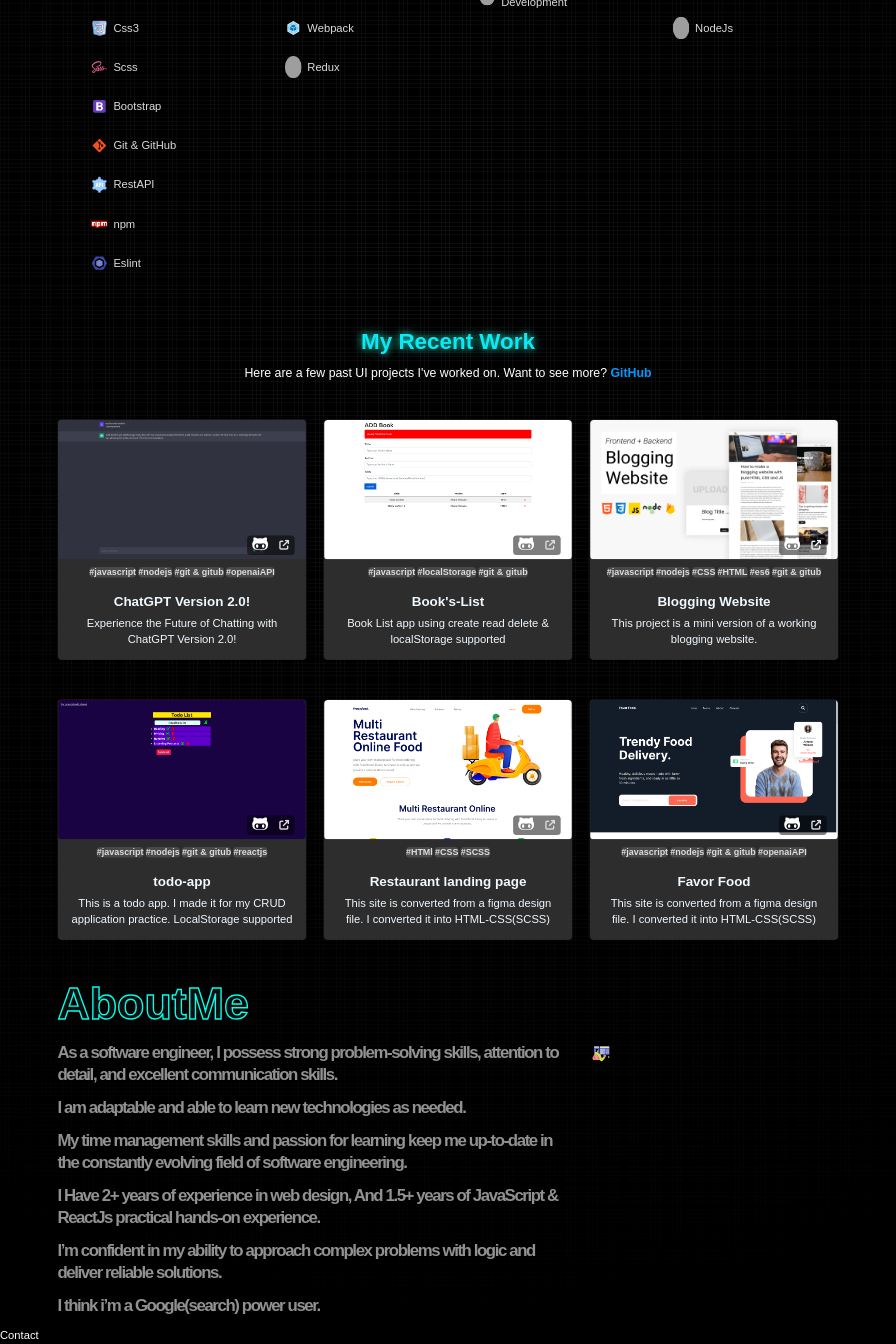
Repository: badhon252/my-portfolio
Page: /
An editor plug-in stored every save of this project. The page is shown before and after the next save, followed by the edit.
The browser window is 1280 px wide. The pictures show the part of the page from y = 1170 to 3090 px (the page is 3090 px tall), at 70% of full size.
Pictures or frames that could not be fetched are drawn as grey boxes. The project was rebuilt for these pictures with package versions that can differ from the ones it lists, and the page was loaded fresh each time. Also part of the build but not shown: src/Components/Home/Header/HeaderContent/HeaderContent.css, src/Components/Home/Header/Navbar/Navs/GitHub/Github.module.css, src/Components/Home/Header/Navbar/Navs/LinkedIn/LinkedIn.module.css.

Above is the page before, as saved 2023-01-24 17:14:49.

After the next save:
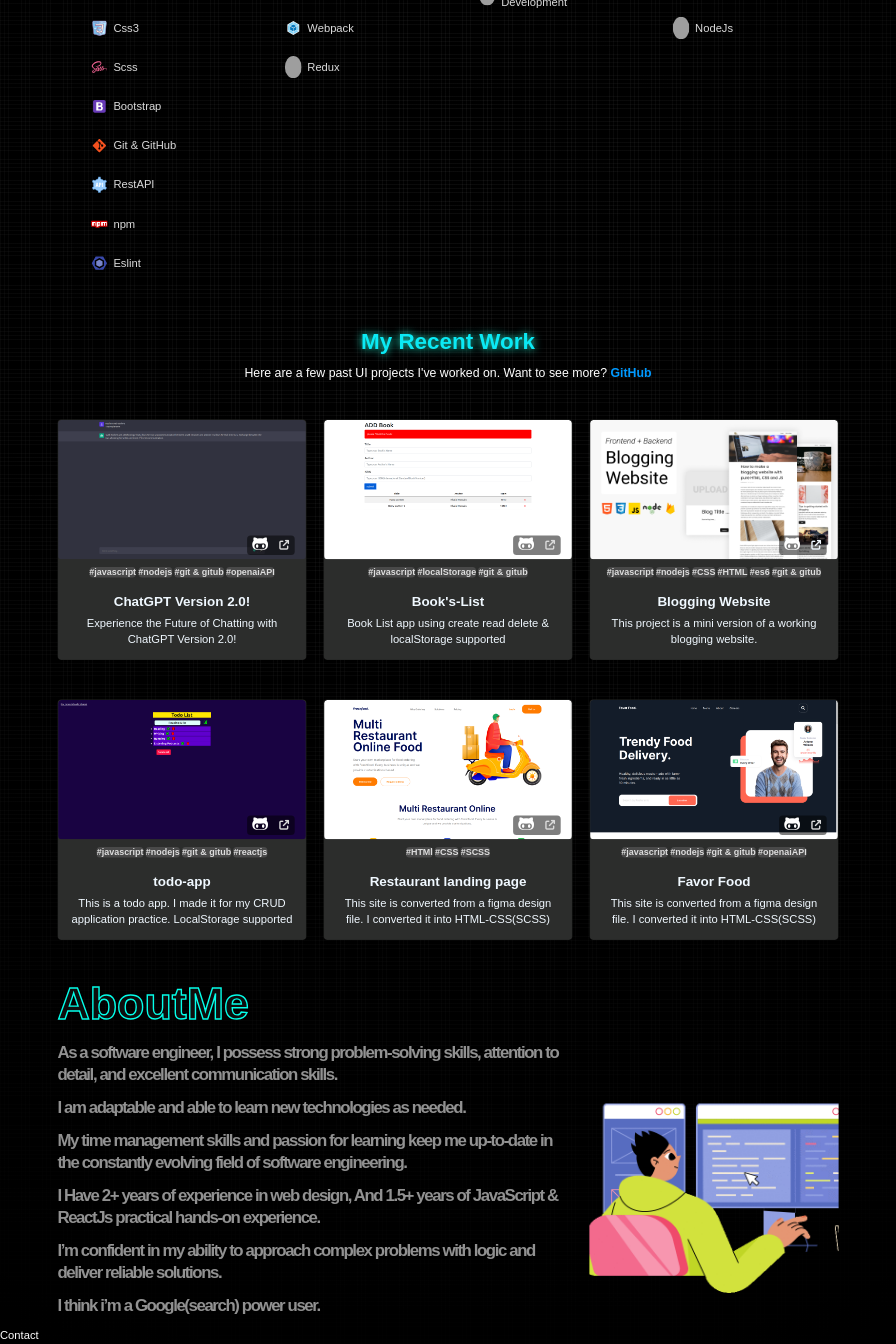
Saved 111 s later.
--- a/src/Components/Home/AboutMe/AboutMe.jsx
+++ b/src/Components/Home/AboutMe/AboutMe.jsx
@@ -16,7 +16,7 @@ const AboutMe = () => {
                             <p>I think i’m a Google(search) power user.</p>
                     </div>
                     <div className="col-md-4">
-                        <img src={codingGif} alt="Software engineer's Avater" border="0" />
+                        <img className="img-fluid" src={codingGif} alt="Software engineer's Avater" border="0" />
                     </div>
                 </div>
 
